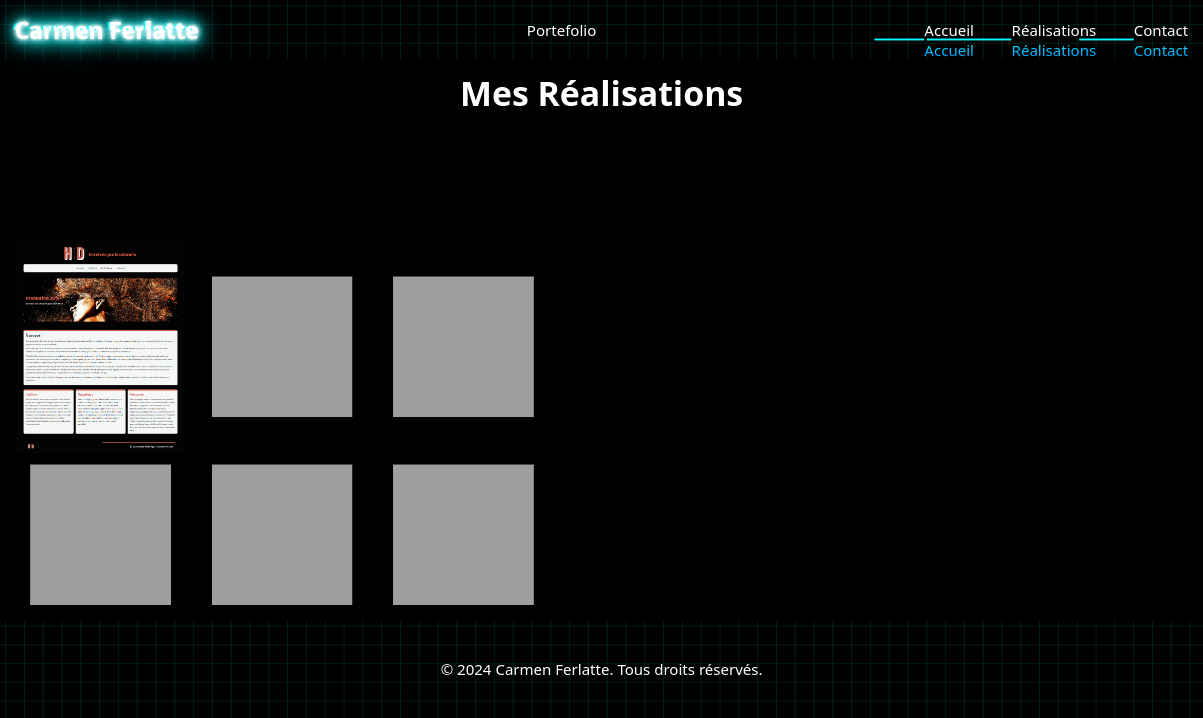
Repository: CarmenFerlatte/TP3__FerlatteCarmen
Page: realisations.html
The author's editor kept a copy of each file at every save. The page is drawn from the files as they stood at one save, then again after a run of saves.
The browser window is 1280 px wide. The pictures show the whole page, at 94% of full size.
Pictures or frames that could not be fetched are drawn as grey boxes. Some web libraries are served in a nearby version.

Above is the page before, as saved 2024-08-14 14:42:08.
Console error: TypeError: Cannot read properties of null (reading 'addEventListener')

### realisations.html
<!DOCTYPE html>
<html lang="fr-ca">
<head>
    <meta charset="UTF-8">
    <meta name="viewport" content="width=device-width, initial-scale=1.0">
    <link href="https://cdn.jsdelivr.net/npm/tailwindcss@2.2.19/dist/tailwind.min.css" rel="stylesheet">
    <title>Mon Portefolio</title>
    <script src="https://cdn.tailwindcss.com"></script>
    <link rel="stylesheet" href="https://cdnjs.cloudflare.com/ajax/libs/font-awesome/6.4.0/css/all.min.css">
    <link rel="stylesheet" href="css/navbar.css">
    <script src="https://code.jquery.com/jquery-3.6.0.min.js"></script>
    <script src="js/navbar.js" defer></script>
    <script src="js/script.js" defer></script>
    <script src="js/header.js" defer></script>
    <script>
        $(function(){
            $("#header").load("assets/php/header.html");
            $("#footer").load("assets/php/footer.html");
        });
    </script>
</head>

<body class="bg-black text-white h-dvh">
    <header id="header"></header>

<main>
    <div class="container mx-auto px-4 py-20">
        <h1 class="text-4xl font-bold text-center mb-10">Mes Réalisations</h1>

</div>
<div class="grid grid-cols-2 md:grid-cols-3 gap-3 p-4 w-full max-w-[600px] md:max-w-[600px] place-items-center">
    <img class="hover:opacity-75" src="img/screenshots/mon_projet__01__salon_de_coiffure.png" alt="image">
    <img class="hover:opacity-75" src="https://source.unsplash.com/collection/1346951/150x150?sig=2" alt="image">
    <img class="hover:opacity-75" src="https://source.unsplash.com/collection/1346951/150x150?sig=3" alt="image">
    <img class="hover:opacity-75" src="https://source.unsplash.com/collection/1346951/150x150?sig=4" alt="image">
    <img class="hover:opacity-75" src="https://source.unsplash.com/collection/1346951/150x150?sig=5" alt="image">
    <img class="hover:opacity-75" src="https://source.unsplash.com/collection/1346951/150x150?sig=6" alt="image">
</div>
</main>
    <footer id="footer"></footer>
</body>
</html>

### css/navbar.css
@keyframes neon-pulse {
    0%, 100% { text-shadow: 0 0 5px #fff, 0 0 10px #fff, 0 0 15px #fff, 0 0 20px #00ffff, 0 0 35px #00ffff, 0 0 40px #00ffff, 0 0 50px #00ffff, 0 0 75px #00ffff; }
    50% { text-shadow: 0 0 2px #fff, 0 0 5px #fff, 0 0 7px #fff, 0 0 10px #00ffff, 0 0 17px #00ffff, 0 0 20px #00ffff, 0 0 25px #00ffff, 0 0 37px #00ffff; }
}

.neon-text {
    animation: neon-pulse 1.5s infinite alternate;
}

.bg-animated {
    background: linear-gradient(-45deg, #000000, #1a1a1a, #000033, #003366);
    background-size: 400% 400%;
    animation: gradient 15s ease infinite;
}

@keyframes gradient {
    0% { background-position: 0% 50%; }
    50% { background-position: 100% 50%; }
    100% { background-position: 0% 50%; }
}

.cyber-grid {
    background-image: linear-gradient(rgba(0, 255, 255, 0.1) 1px, transparent 1px),
                      linear-gradient(90deg, rgba(0, 255, 255, 0.1) 1px, transparent 1px);
    background-size: 20px 20px;
    animation: cyber-grid-move 20s linear infinite;
}

@keyframes cyber-grid-move {
    0% { background-position: 0 0; }
    100% { background-position: 20px 20px; }
}

.nav-link {
    position: relative;
    overflow: hidden;
}

.nav-link::before {
    content: '';
    position: absolute;
    bottom: 0;
    left: 0;
    width: 100%;
    height: 2px;
    background-color: #00ffff;
    transform: translateX(-100%);
    transition: transform 0.3s ease;
}

.nav-link:hover::before {
    transform: translateX(0);
}

.nav-link::after {
    content: attr(data-text);
    position: absolute;
    top: 0;
    left: 0;
    width: 100%;
    height: 100%;
    display: flex;
    align-items: center;
    justify-content: center;
    transform: translateY(100%);
    background: linear-gradient(to bottom, #00ffff, #0080ff);
    -webkit-background-clip: text;
    -webkit-text-fill-color: transparent;
    transition: transform 0.3s ease;
}

.nav-link:hover::after {
    transform: translateY(0);
}

.glitch-effect {
    position: relative;
}

.glitch-effect::before,
.glitch-effect::after {
    content: attr(data-text);
    position: absolute;
    top: 0;
    left: 0;
    width: 100%;
    height: 100%;
    opacity: 0.8;
}

.glitch-effect::before {
    left: 2px;
    text-shadow: -2px 0 #ff00de;
    clip: rect(24px, 550px, 90px, 0);
    animation: glitch-anim 3s infinite linear alternate-reverse;
}

.glitch-effect::after {
    left: -2px;
    text-shadow: -2px 0 #00ffff;
    clip: rect(85px, 550px, 140px, 0);
    animation: glitch-anim 2s infinite linear alternate-reverse;
}

@keyframes glitch-anim {
    0% { clip: rect(39px, 9999px, 71px, 0); }
    20% { clip: rect(3px, 9999px, 5px, 0); }
    40% { clip: rect(6px, 9999px, 38px, 0); }
    60% { clip: rect(13px, 9999px, 43px, 0); }
    80% { clip: rect(44px, 9999px, 93px, 0); }
    100% { clip: rect(54px, 9999px, 47px, 0); }
}

#menu-toggle:checked ~ .menu-icon .hamburger {
    transform: rotate(45deg);
}

#menu-toggle:checked ~ .menu-icon .hamburger::before {
    transform: translateY(8px) rotate(90deg);
}

#menu-toggle:checked ~ .menu-icon .hamburger::after {
    transform: translateY(-8px) rotate(90deg);
}

.hamburger,
.hamburger::before,
.hamburger::after {
    content: '';
    display: block;
    background: #00ffff;
    height: 3px;
    width: 30px;
    transition: transform 0.5s cubic-bezier(0.23, 1, 0.32, 1);
}

.hamburger::before { transform: translateY(-8px); }
.hamburger::after { transform: translateY(8px); }

@media (max-width: 768px) {
    .menu {
        position: fixed;
        top: 60px;
        left: 0;
        width: 100%;
        height: 0;
        background: rgba(0, 0, 0, 0.9);
        overflow: hidden;
        transition: height 0.5s cubic-bezier(0.23, 1, 0.32, 1);
    }

    #menu-toggle:checked ~ .menu {
        height: calc(100vh - 60px);
    }
}

/*-------------Invisible Navbar-------------*/

.navbar-hidden {
    transform: translateY(-100%);
    transition: transform 0.3s ease-in-out;
}

### js/navbar.js
const menuToggle = document.getElementById('menu-toggle');
        const menu = document.querySelector('.menu');

        menuToggle.addEventListener('change', function() {
            if (this.checked) {
                menu.classList.remove('hidden');
                menu.classList.add('flex', 'flex-col', 'items-center', 'justify-center', 'space-y-4');
            } else {
                menu.classList.add('hidden');
                menu.classList.remove('flex', 'flex-col', 'items-center', 'justify-center', 'space-y-4');
            }
        });

        window.addEventListener('resize', function() {
            if (window.innerWidth > 768) {
                menu.classList.remove('hidden', 'flex', 'flex-col', 'items-center', 'justify-center', 'space-y-4');
                menu.classList.add('md:flex', 'md:items-center');
                menuToggle.checked = false;
            } else if (!menuToggle.checked) {
                menu.classList.add('hidden');
                menu.classList.remove('flex', 'flex-col', 'items-center', 'justify-center', 'space-y-4');
            }
        });

// Navbar hidden on scroll down


document.addEventListener('DOMContentLoaded', function () {
            // Charger le header
            $('#header').load('../assets/php/header.html', function() {
                let navbar = document.querySelector('.bg-animated');
                if (navbar) {
                    let lastScrollTop = 0;

                    window.addEventListener('scroll', function () {
                        let scrollTop = window.scrollY || document.documentElement.scrollTop;
                        if (scrollTop > lastScrollTop) {
                            // Scroll down
                            navbar.classList.add('navbar-hidden');
                        } else {
                            // Scroll up
                            navbar.classList.remove('navbar-hidden');
                        }

                        lastScrollTop = scrollTop;
                    });
                } else {
                    console.error('Navbar not found');
                }
            });

            // Charger le footer
            $('#footer').load('../assets/php/footer.html');
        });

### js/script.js
// bouton lien vers la section 1

document.addEventListener('DOMContentLoaded', function () {
    const lienButton = document.querySelector('.btn-lien');
    lienButton.addEventListener('click', function () {
        document.querySelector('#section-1').scrollIntoView({
            behavior: 'smooth'
        });
    });
});

// bouton lien page extene

document.addEventListener('DOMContentLoaded', function () {
    const lienButton = document.querySelector('.btn-lien2');
    lienButton.addEventListener('click', function () {
        window.open('https://www.facebook.com', '_blank');
    });
});

// accordeon //

let elements = document.querySelectorAll("[data-menu]");
for (let i = 0; i < elements.length; i++) {
    let main = elements[i];

    main.addEventListener("click", function () {
        let element = main.parentElement.parentElement;
        let indicators = main.querySelectorAll("img");
        let child = element.querySelector("#menu");
        let h = element.querySelector("#mainHeading>div>p");

        h.classList.toggle("font-semibold");
        child.classList.toggle("hidden");
        // console.log(indicators[0]);
        indicators[0].classList.toggle("rotate-180");
    });
}

### js/header.js
$(function () {
    $('#header').load('assets/php/header.html', function() {
        let navbar = document.querySelector('.bg-animated');
        if (navbar) {
            let lastScrollTop = 0;

            window.addEventListener('scroll', function () {
                let scrollTop = window.scrollY || document.documentElement.scrollTop;
                if (scrollTop > lastScrollTop) {
                    // Scroll down
                    navbar.classList.add('navbar-hidden');
                } else {
                    // Scroll up
                    navbar.classList.remove('navbar-hidden');
                }

                    lastScrollTop = scrollTop;
            });
        } else {
            console.error('Navbar not found');
        }
    });
    $('#footer').load('assets/php/footer.html');
});

### assets/php/header.html
<header>
    <nav class="bg-animated cyber-grid fixed w-full z-50">
        <div class="container mx-auto px-4">
            <div class="flex justify-between items-center py-4">
                <a href="#" class="text-2xl font-bold neon-text glitch-effect" data-text="Carmen Ferlatte">Carmen Ferlatte</a>
                <label for="menu-toggle">Portefolio</label>
                <input type="checkbox" id="menu-toggle" class="hidden">
                <label for="menu-toggle" class="menu-icon cursor-pointer md:hidden">
                    <span class="hamburger"></span>
                </label>
                <ul class="menu hidden md:flex md:items-center space-x-10">
                    <li><a href="index.html" class="nav-link" data-text="Accueil">Accueil</a></li>
                    <li><a href="realisations.html" class="nav-link" data-text="Réalisations">Réalisations</a></li>
                    <li><a href="contact.html" class="nav-link" data-text="Contact">Contact</a></li>
                    <!-- <li><a href="#" class="bg-gradient-to-r from-cyan-500 to-blue-500 text-white font-bold py-2 px-4 rounded hover:from-cyan-600 hover:to-blue-600 transition-all duration-300">Sign Up</a></li> -->
                </ul>
            </div>
        </div>
    </nav>
</header>

### assets/php/footer.html
<footer>
    <div class="container mx-auto px-4 py-10 cyber-grid">
        <p class="text-center text-white">© 2024 Carmen Ferlatte. Tous droits réservés.</p>
   </div>
</footer>

After the next 2 saves:
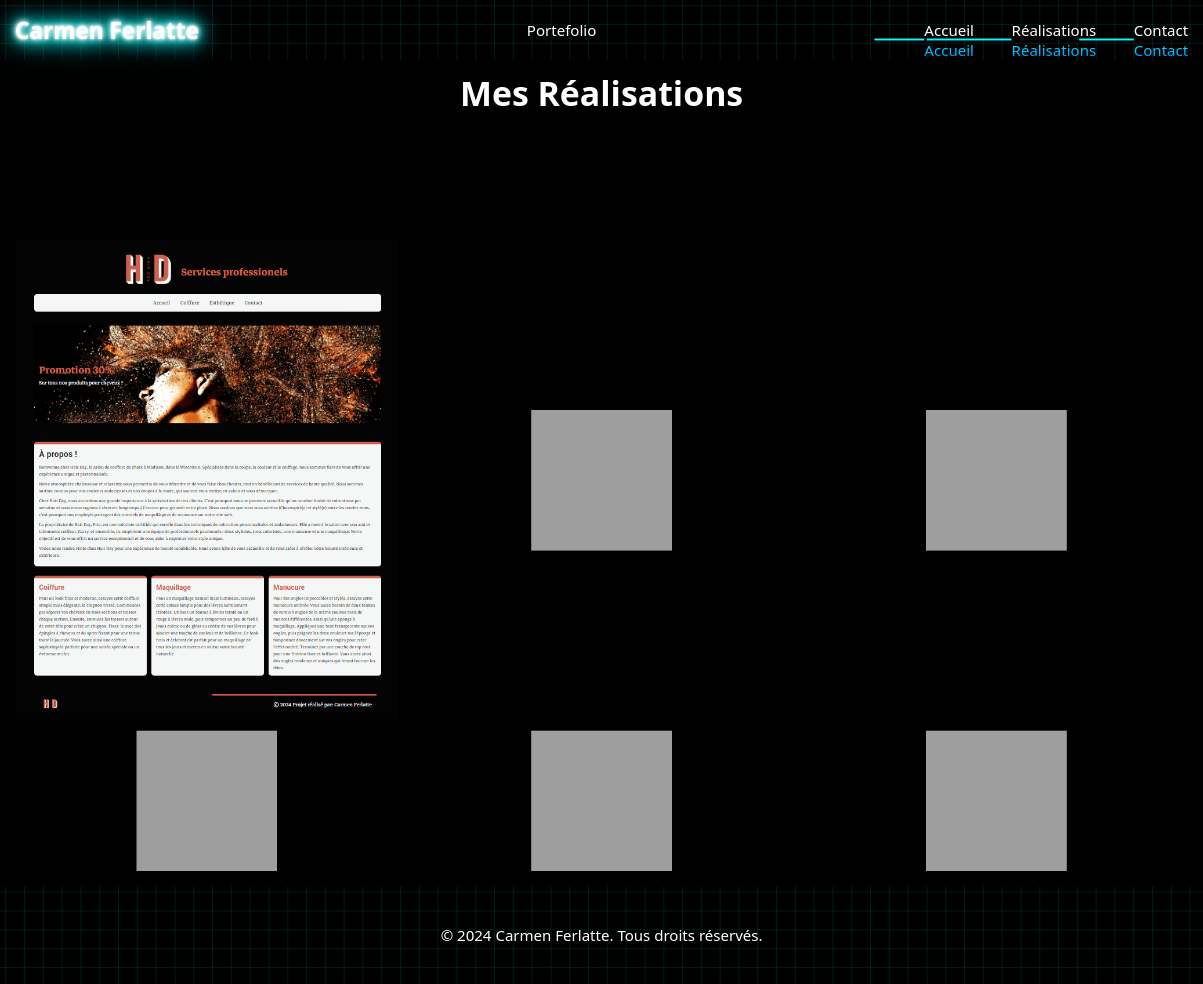
The 2 saves are shown as one change because they came seconds apart.
The last was saved 20 s later.
--- a/realisations.html
+++ b/realisations.html
@@ -28,7 +28,7 @@
         <h1 class="text-4xl font-bold text-center mb-10">Mes Réalisations</h1>
 
 </div>
-<div class="grid grid-cols-2 md:grid-cols-3 gap-3 p-4 w-full max-w-[600px] md:max-w-[600px] place-items-center">
+<div class="grid grid-cols-2 md:grid-cols-3 gap-3 p-4 w-full place-items-center">
     <img class="hover:opacity-75" src="img/screenshots/mon_projet__01__salon_de_coiffure.png" alt="image">
     <img class="hover:opacity-75" src="https://source.unsplash.com/collection/1346951/150x150?sig=2" alt="image">
     <img class="hover:opacity-75" src="https://source.unsplash.com/collection/1346951/150x150?sig=3" alt="image">
